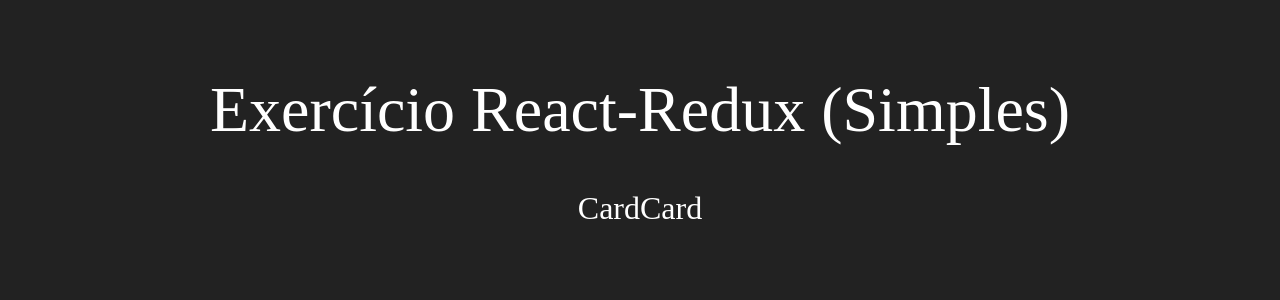
Repository: eversonps/redux-simples
Page: /
The author's editor kept a copy of each file at every save. The page is drawn from the files as they stood at one save, then again after a run of saves.
The browser window is 1280 px wide. The pictures show the whole page.
The project was rebuilt for these pictures with package versions that can differ from the ones it lists, and the page was loaded fresh each time. Also part of the build but not shown: src/components/Card.css.

Above is the page before, as saved 2022-03-10 17:36:40.

### src/index.css
body{
  background-color: #222;
  font-size: 2rem;
  color: #fff;
  margin: 30px;
}

### src/App.js
import logo from './logo.svg';
import './App.css';
import Card from './components/Card';
function App() {
  return (
    <div className="App">
      <h1>Exercício React-Redux (Simples)</h1>
      <div className='linha'>
        <Card></Card>
        <Card></Card>
      </div>
    </div>
  );
}

export default App;

### src/App.css
.App{
  display: flex;
  flex-direction: column;
  align-items: center;
}

h1{
  font-weight: 200;
}

.linha{
  display: flex;
}

### src/components/Card.jsx
import "./Card.css"
import React from "react"

export default props => (
    <div>Card</div>
)

Loaded but not shown: public/index.html (common file); src/index.js (common file); src/reportWebVitals.js (common file)

After the next 2 saves:
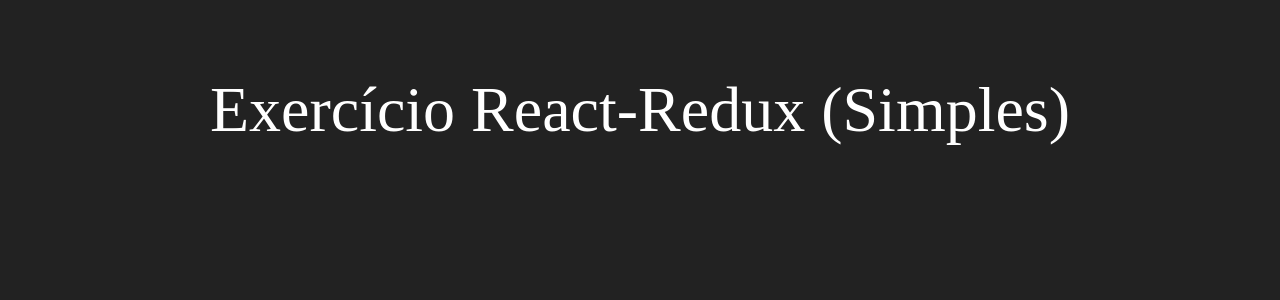
The 2 saves are shown as one change because they came seconds apart.
The last was saved 21 s later.
--- a/src/components/Card.jsx
+++ b/src/components/Card.jsx
@@ -2,5 +2,7 @@ import "./Card.css"
 import React from "react"
 
 export default props => (
-    <div>Card</div>
+    <div className="Card">
+
+    </div>
 )
